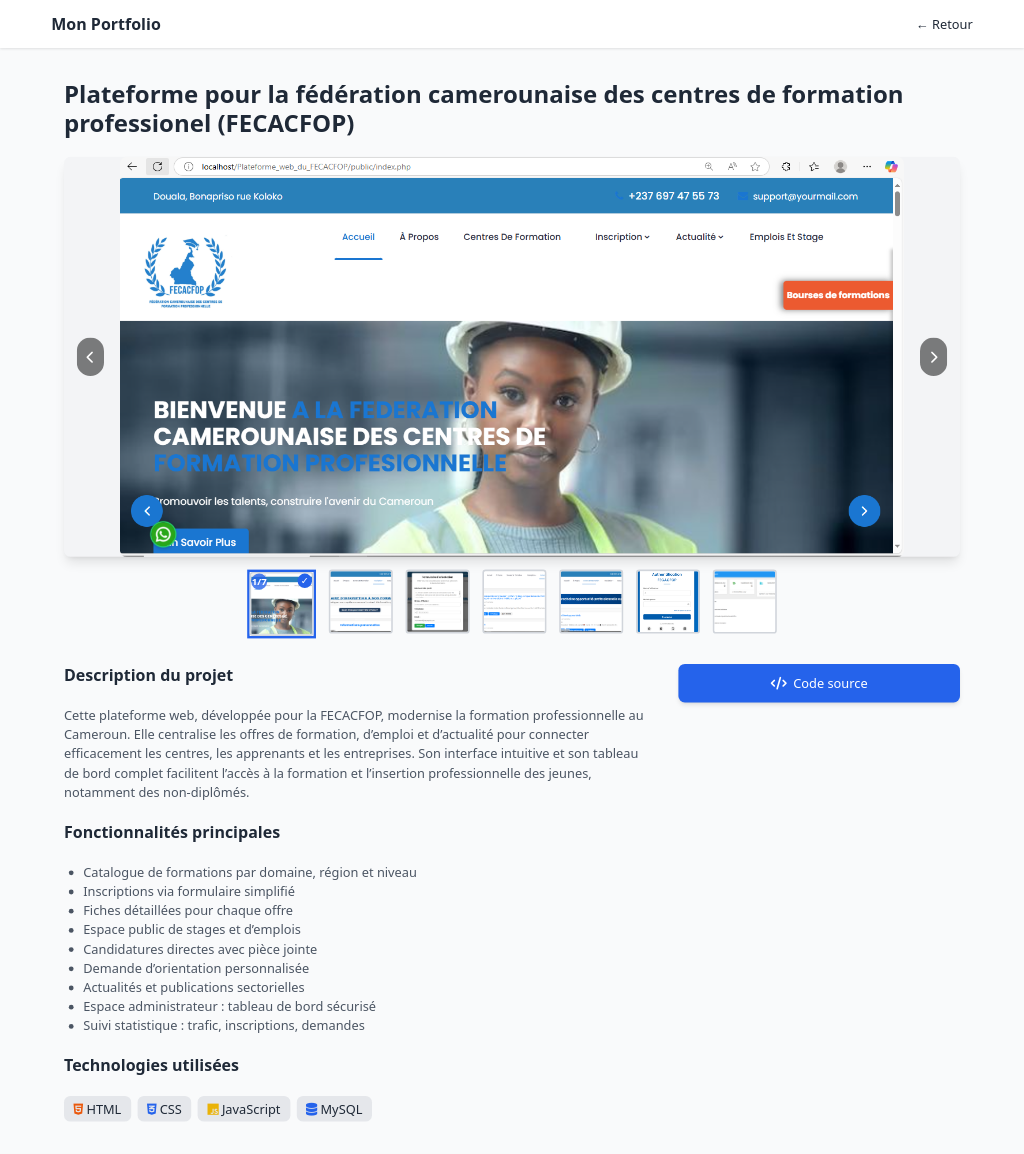
Repository: Edongo999/landry-portfolio
Page: projet-plateforme-web-FECACFOP.html
These files come from the project's save history. The page is drawn as it stood at one moment and after the next save; the edit follows.
The browser window is 1280 px wide. The pictures show the whole page, at 80% of full size.
Some web libraries are served in a nearby version.

Above is the page before, as saved 2025-09-14 02:15:42.

After the next save:
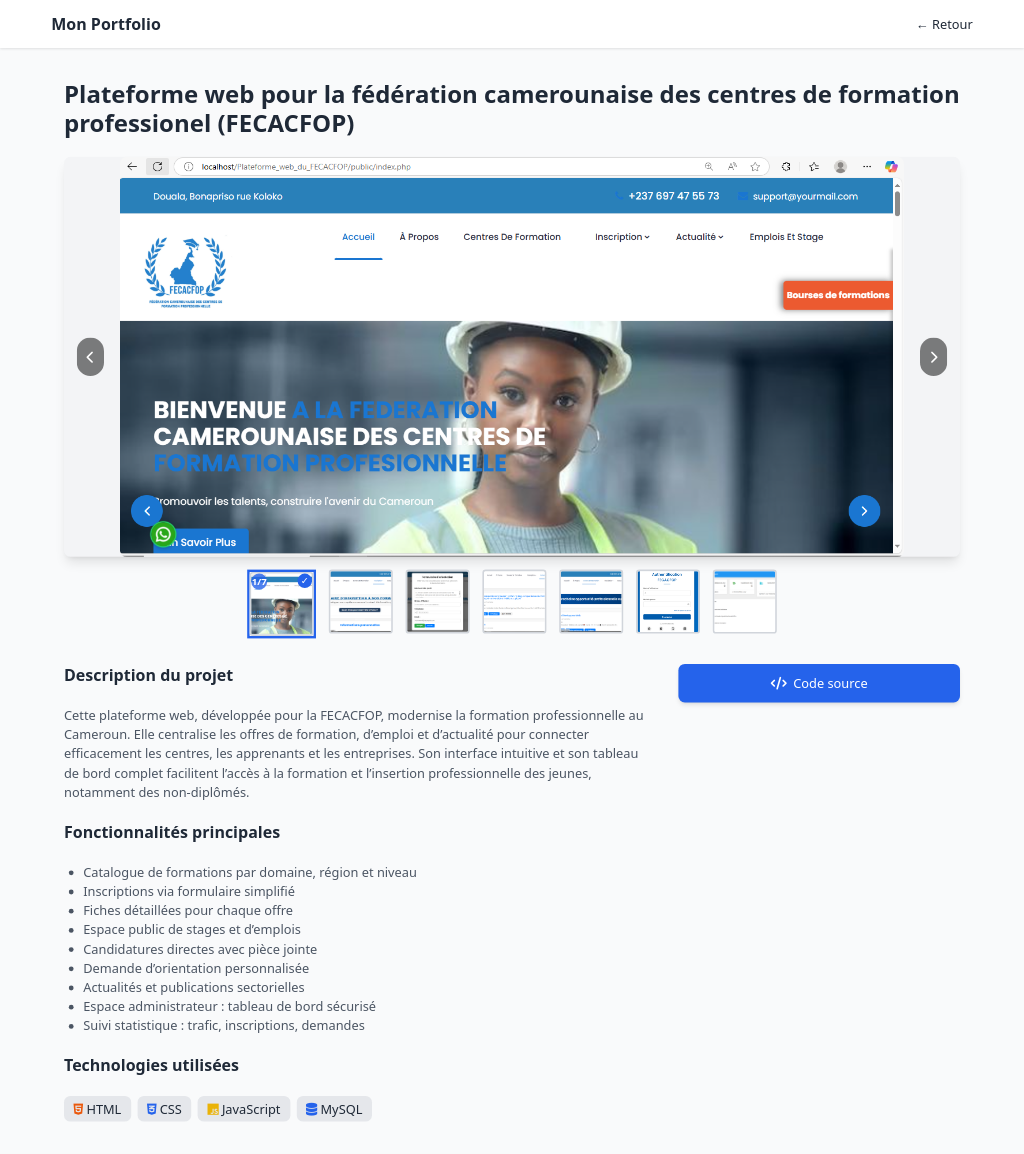
Saved 5 min 35 s later.
--- a/projet-plateforme-web-FECACFOP.html
+++ b/projet-plateforme-web-FECACFOP.html
@@ -58,7 +58,7 @@
 
   <!-- Section Détail Projet -->
   <section class="max-w-6xl mx-auto px-4 py-10">
-    <h2 class="text-3xl font-bold mb-6">Plateforme pour la fédération camerounaise des centres de formation professionel (FECACFOP)</h2>
+    <h2 class="text-3xl font-bold mb-6">Plateforme web pour la fédération camerounaise des centres de formation professionel (FECACFOP)</h2>
 
     <!-- Slider -->
     <div class="relative w-full max-h-[500px] mx-auto overflow-hidden rounded-lg shadow-lg mb-4 flex justify-center items-center bg-gray-100">
@@ -170,11 +170,6 @@
     });
 }
 
-
-
-
-
-
   function nextSlide() { index = (index + 1) % slides.length; showSlide(); }
   function prevSlide() { index = (index - 1 + slides.length) % slides.length; showSlide(); }
   function goToSlide(i){ index = i; showSlide(); }
